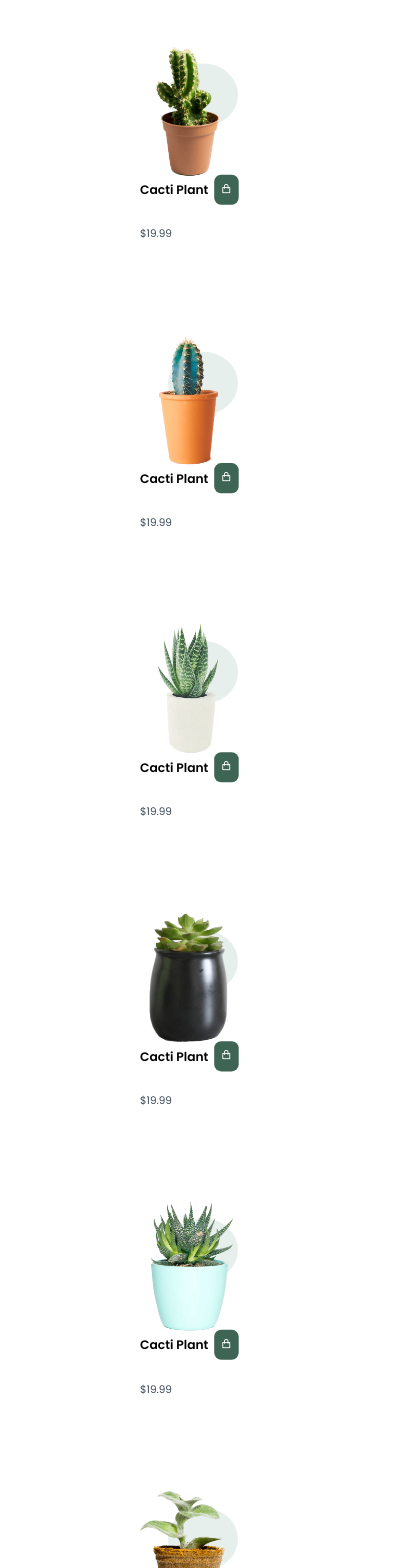
Repository: OmniaRafat232111121/plantwebsite
Page: index.html
An editor plug-in stored every save of this project. The page is shown before and after a run of saves, followed by the edit.
The browser window is 600 px wide. The pictures show the part of the page from y = 3271 to 5511 px (the page is 7858 px tall), at 70% of full size.

Above is the page before, as saved 2023-01-05 17:18:57.

After the next 2 saves:
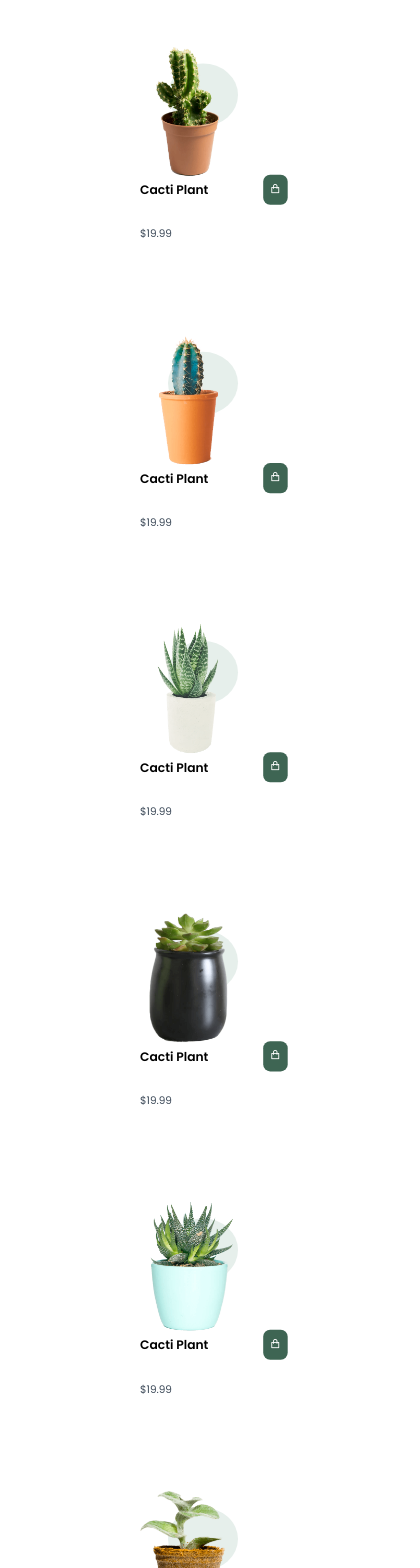
The 2 saves are shown as one change because they came seconds apart.
The last was saved 8 s later.
--- a/assets/css/styles.css
+++ b/assets/css/styles.css
@@ -787,6 +787,6 @@ margin-top: 40px;
 @media(max-width:767px){
   .box button{
     position:relative;
-    left:-20px;
+    left:50px;
   }
 }
